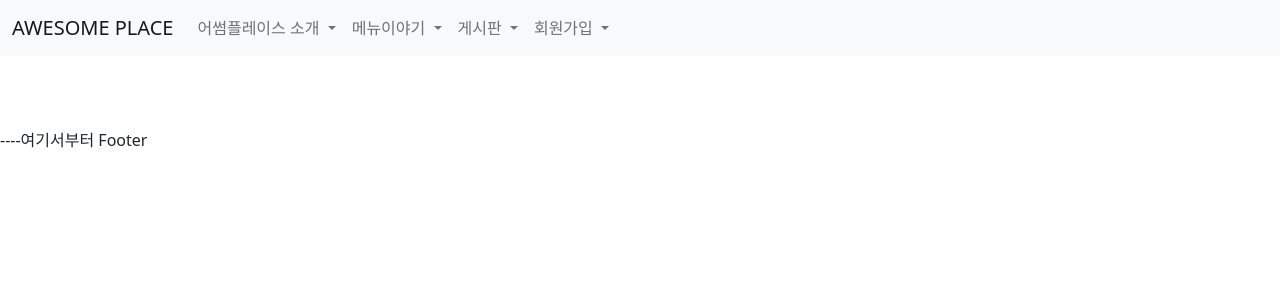
Repository: sikim0629/AwesomePlace
Page: http://localhost/awesomePlace/main.jsp
An editor plug-in stored every save of this project. The page is shown before and after the next save, followed by the edit.
The browser window is 1280 px wide. The pictures show the whole page.
Some web fonts or font styles are not loaded; a fallback is used. The page is served by Tomcat 9. Other server files are loaded and not shown.

Above is the page before, as saved 2021-11-13 21:44:00.

### awesomePlace/WebContent/main.jsp
<%@ page language="java" contentType="text/html; charset=UTF-8"
    pageEncoding="UTF-8"%>
<!DOCTYPE html>
<html>
<head>
<meta charset="UTF-8">
<title>Insert title here</title>
</head>
<body>
<%@ include file = "/header.jsp" %>



<%@ include file = "/footer.jsp" %>

</body>
</html>

### awesomePlace/WebContent/header.jsp
<%@ page language="java" contentType="text/html; charset=UTF-8"
    pageEncoding="UTF-8"%>

<link rel="stylesheet" href="/css/font.css">
<link href="https://cdn.jsdelivr.net/npm/bootstrap@5.1.3/dist/css/bootstrap.min.css" rel="stylesheet" integrity="sha384-1BmE4kWBq78iYhFldvKuhfTAU6auU8tT94WrHftjDbrCEXSU1oBoqyl2QvZ6jIW3" crossorigin="anonymous">

<nav class="navbar navbar-expand-lg navbar-light bg-light">
  <div class="container-fluid">
    <a class="navbar-brand" href="/main.jsp">AWESOME PLACE</a>
    <button class="navbar-toggler" type="button" data-bs-toggle="collapse" data-bs-target="#navbarScroll" aria-controls="navbarScroll" aria-expanded="false" aria-label="Toggle navigation">
      <span class="navbar-toggler-icon"></span>
    </button>
    <div class="collapse navbar-collapse" id="navbarScroll">
      <ul class="navbar-nav me-auto my-2 my-lg-0 navbar-nav-scroll" style="--bs-scroll-height: 100px;">
        <li class="nav-item dropdown">
          <a class="nav-link dropdown-toggle" href="#" id="navbarScrollingDropdown" role="button" data-bs-toggle="dropdown" aria-expanded="false">
            	어썸플레이스 소개
          </a>
          <ul class="dropdown-menu" aria-labelledby="navbarScrollingDropdown">
            <li><a class="dropdown-item" href="/intro/intro.jsp">카페연혁</a></li>
            <li><a class="dropdown-item" href="/intro/branch.jsp">매장찾기</a></li>
          </ul>
        </li>

        <li class="nav-item dropdown">
          <a class="nav-link dropdown-toggle" href="#" id="navbarScrollingDropdown" role="button" data-bs-toggle="dropdown" aria-expanded="false">
            	메뉴이야기
          </a>
          <ul class="dropdown-menu" aria-labelledby="navbarScrollingDropdown">
            <li><a class="dropdown-item" href="/menu/mCoffee.jsp">COFFEE</a></li>
            <li><a class="dropdown-item" href="/menu/mTea.jsp">TEA</a></li>
            <li><a class="dropdown-item" href="/menu/mDessert.jsp">DESSERT</a></li>
          </ul>
        </li>

        <li class="nav-item dropdown">
          <a class="nav-link dropdown-toggle" href="#" id="navbarScrollingDropdown" role="button" data-bs-toggle="dropdown" aria-expanded="false">
            	게시판
          </a>
          <ul class="dropdown-menu" aria-labelledby="navbarScrollingDropdown">
            <li><a class="dropdown-item" href="#">공지사항</a></li>
            <li><a class="dropdown-item" href="#">이달의 메뉴</a></li>
            <li><a class="dropdown-item" href="#">이벤트</a></li>
          </ul>
        </li>

        <li class="nav-item dropdown">
          <a class="nav-link dropdown-toggle" id="navbarScrollingDropdown" role="button" data-bs-toggle="dropdown" aria-expanded="false">
            	회원가입
          </a>
          <ul class="dropdown-menu" aria-labelledby="navbarScrollingDropdown">
            <li><a class="dropdown-item" href="#">로그인</a></li>
            <li><a class="dropdown-item" href="#">로그아웃</a></li>
            <li><a class="dropdown-item" href="#">회원탈퇴</a></li>
          </ul>
        </li>
      </ul>
    </div>
  </div>
</nav>

### awesomePlace/WebContent/footer.jsp
<%@ page language="java" contentType="text/html; charset=UTF-8"
    pageEncoding="UTF-8"%>

<script src="https://cdn.jsdelivr.net/npm/bootstrap@5.1.3/dist/js/bootstrap.bundle.min.js" integrity="sha384-ka7Sk0Gln4gmtz2MlQnikT1wXgYsOg+OMhuP+IlRH9sENBO0LRn5q+8nbTov4+1p" crossorigin="anonymous"></script>

<br><br><br>
----여기서부터 Footer

After the next save:
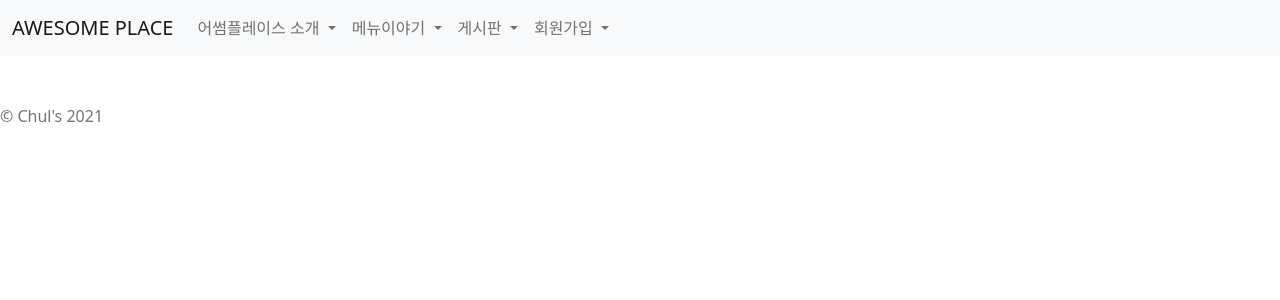
Saved 8 s later.
--- a/awesomePlace/WebContent/footer.jsp
+++ b/awesomePlace/WebContent/footer.jsp
@@ -1,7 +1,7 @@
 <%@ page language="java" contentType="text/html; charset=UTF-8"
     pageEncoding="UTF-8"%>
 
+
 <script src="https://cdn.jsdelivr.net/npm/bootstrap@5.1.3/dist/js/bootstrap.bundle.min.js" integrity="sha384-ka7Sk0Gln4gmtz2MlQnikT1wXgYsOg+OMhuP+IlRH9sENBO0LRn5q+8nbTov4+1p" crossorigin="anonymous"></script>
 
-<br><br><br>
-----여기서부터 Footer
+  <p class="mt-5 mb-3 text-muted">&copy; Chul's 2021</p>
